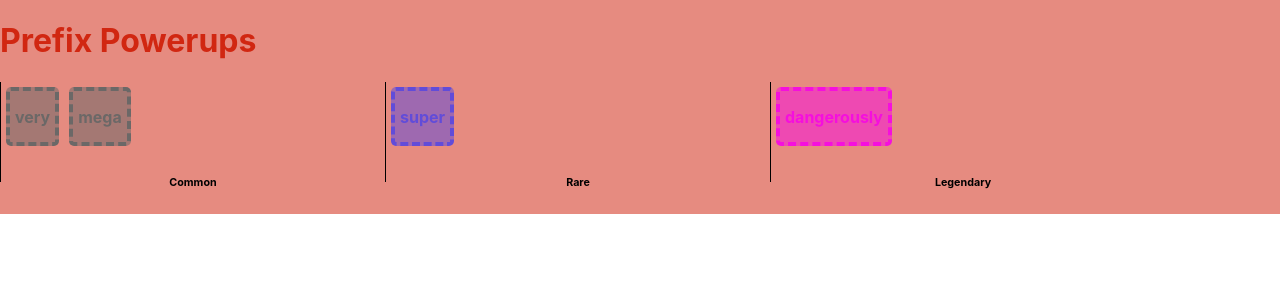
Repository: bsalgado98/buns-inator
Page: /
An editor plug-in stored every save of this project. The page is shown before and after the next save, followed by the edit.
The browser window is 1280 px wide. The pictures show the whole page.
The project was rebuilt for these pictures with package versions that can differ from the ones it lists, and the page was loaded fresh each time.

Above is the page before, as saved 2022-04-25 22:39:32.

After the next save:
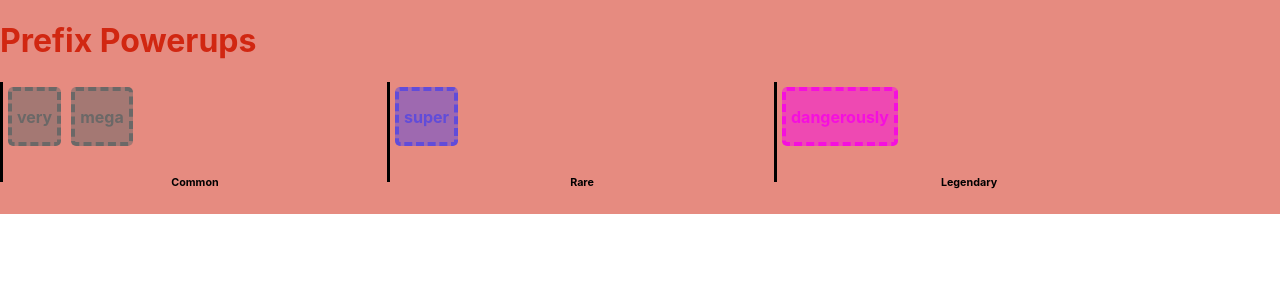
Saved 10 s later.
--- a/src/components/WordBank/WordBank.js
+++ b/src/components/WordBank/WordBank.js
@@ -40,7 +40,7 @@ const WordBank = ({ bankTitle = "N/A", color = "#000000", wordCollection = [] })
         divider: {
             style: {
                 height: '100px',
-                width: '1px',
+                width: '3px',
                 backgroundColor: 'black'
             }
         }
